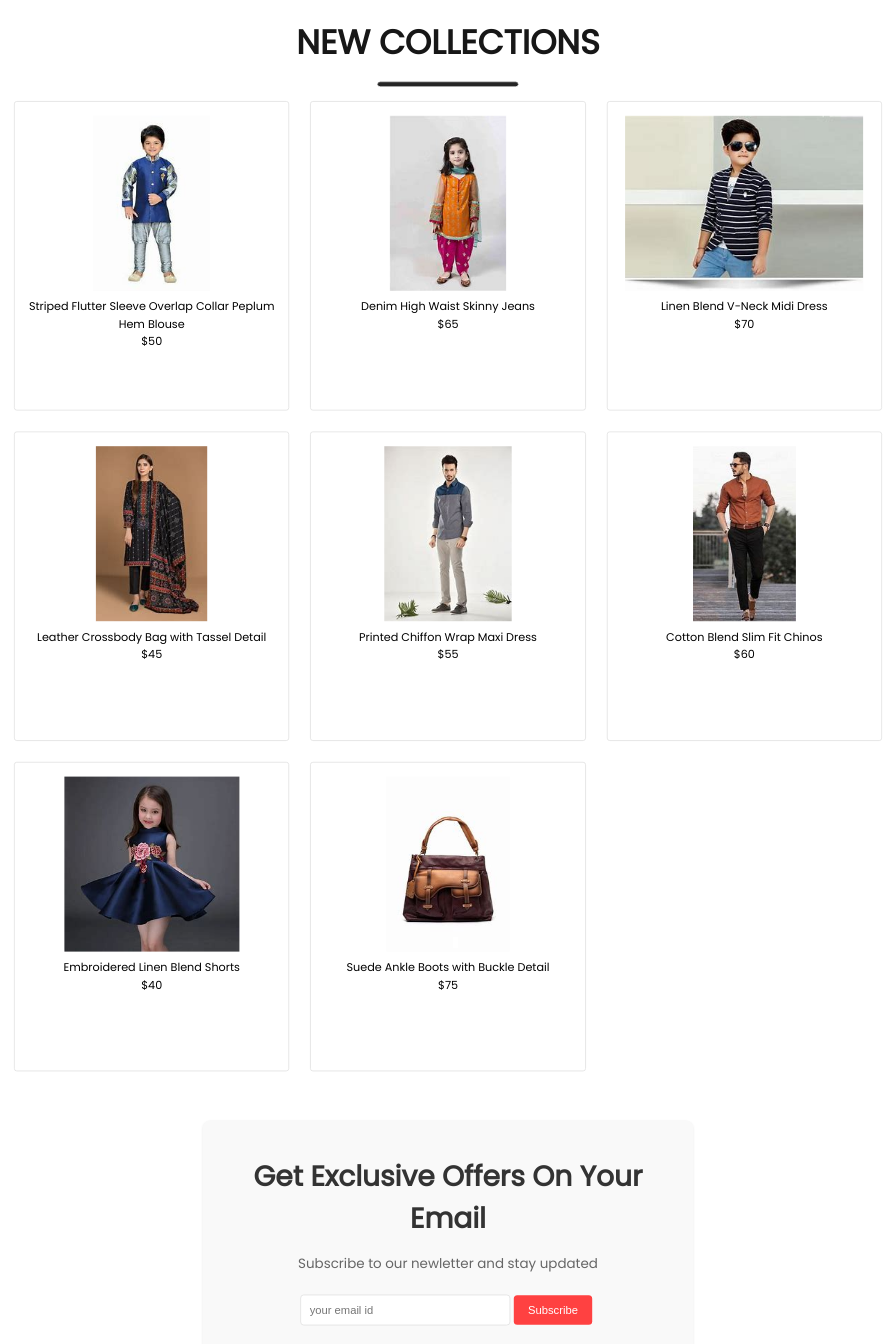
Repository: sshaiv/Shoppie_EcommerceAPP
Page: /
These files come from the project's save history. The page is drawn as it stood at one moment and after a run of saves; the edit follows.
The browser window is 1280 px wide. The pictures show the part of the page from y = 2068 to 3988 px (the page is 4422 px tall), at 70% of full size.
The project was rebuilt for these pictures with package versions that can differ from the ones it lists, and the page was loaded fresh each time. Also part of the build but not shown: src/App.css, src/Components/Pages/CSS/ShopCategory.css, src/Components/Pages/ShopCategory.jsx, src/Components/Breadcrums/Breadcrum.css, src/Components/Breadcrums/Breadcrums.jsx, src/Components/Pages/Product.jsx, src/Components/Pages/Cart.jsx, src/Components/Pages/CSS/LoginSignup.css and 1 more.

Above is the page before, as saved 2024-07-16 21:25:21.

After the next 2 saves:
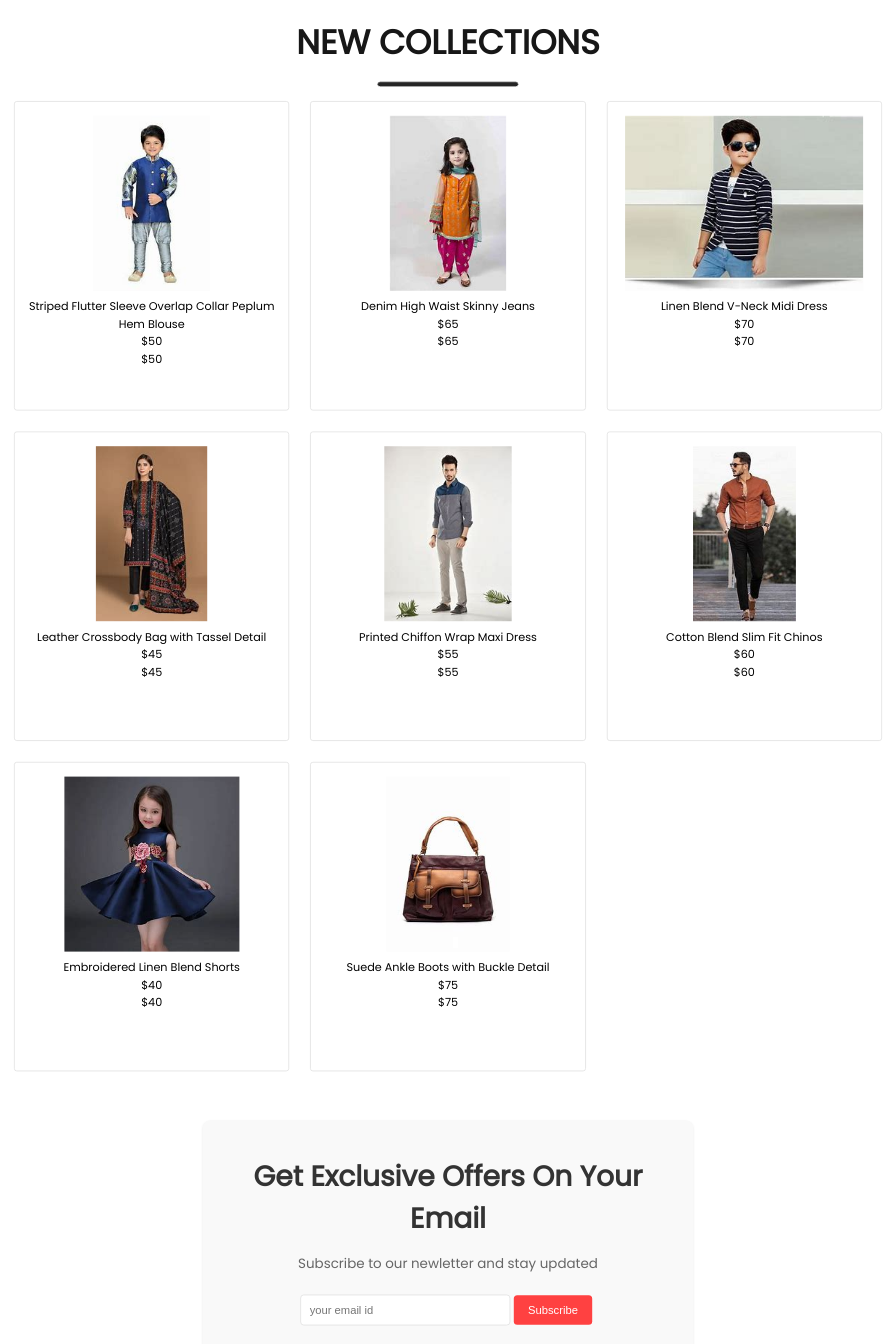
The 2 saves are shown as one change because they came seconds apart.
The last was saved 13 s later.
--- a/src/Components/Item/Item.jsx
+++ b/src/Components/Item/Item.jsx
@@ -12,6 +12,9 @@ const Item = (props) => {
       <div className="item-price-new">
         ${props.new_price}
       </div>
+      <div className="item-price-new">
+        ${props.new_price}
+      </div>
     </div>
     </div>
   );
